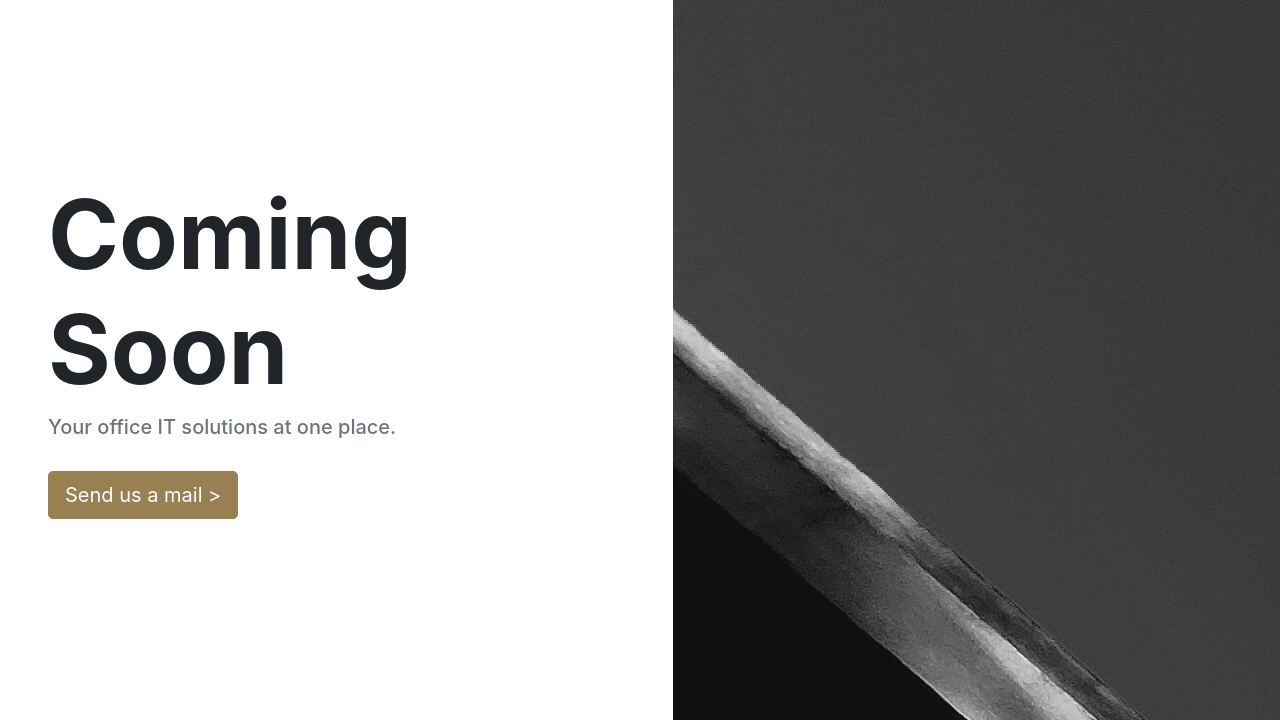
Repository: Thekxgh/website
Page: /
The author's editor kept a copy of each file at every save. The page is drawn from the files as they stood at one save, then again after the next save.
The browser window is 1280 px wide. The pictures show the whole page.
The project was rebuilt for these pictures with package versions that can differ from the ones it lists, and the page was loaded fresh each time.

Above is the page before, as saved 2021-07-14 09:49:49.

### src/index.scss
$primary: #998053;
$dark: #050507;
$light-primary-bg: #DDDEE7;
$light-primary: #DDDEE7;
$theme-colors: (
    "primary": $primary,
    "info": $light-primary,
    "danger": teal,
    "dark": $dark
);

@import '~bootstrap/scss/bootstrap.scss';

.side-img{
 background: url('./assets/img/background.jpg') no-repeat;
 min-height: 100vh;
}

### src/App.tsx
import React from 'react';
import { LandingPage } from './presentation/LandingPage';

function App() {
  return (
    <LandingPage />
  );
}

export default App;

### src/presentation/LandingPage.tsx
import { Col, Container, Row } from "react-bootstrap"

export const LandingPage = () => {
    return (
    <Container fluid>
        <Row className="min-vh-100 align-items-center">
            <Col className="p-5">
                <h1 className="display-1 font-weight-bold">Coming Soon</h1>
                <h5 className="text-muted">Your office IT solutions at one place.</h5>
                <a className="btn btn-primary btn-lg my-4" href="mailto:contact@thekxgh.com"> Send us a mail {'>'} </a>
            </Col>
            <Col className="side-img min-vh-100">

            </Col>
        </Row>
    </Container>
    );
}

Loaded but not shown: public/index.html (common file); src/index.tsx (common file)

After the next save:
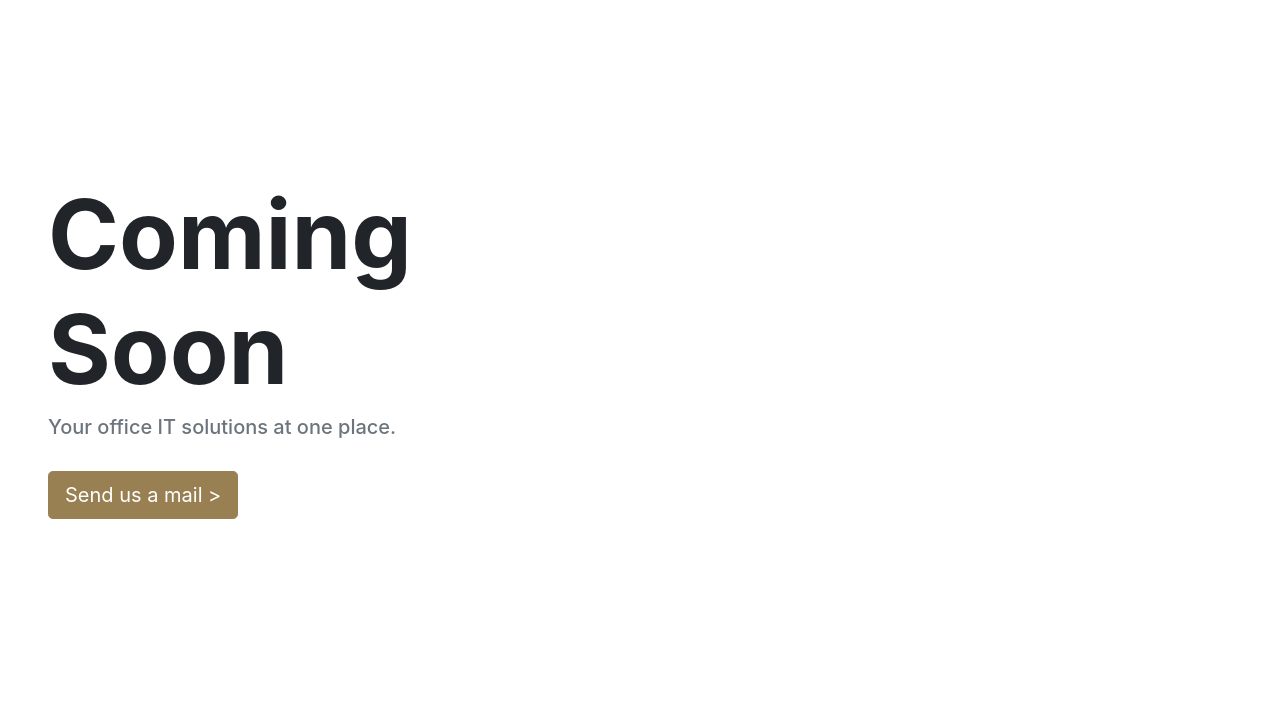
Saved 7 s later.
--- a/src/index.scss
+++ b/src/index.scss
@@ -12,6 +12,6 @@
 @import '~bootstrap/scss/bootstrap.scss';
 
 .side-img{
- background: url('./assets/img/background.jpg') no-repeat;
+ background: url('./assets/img/background.jpg') cover no-repeat;
  min-height: 100vh;
 }

After the 3 saves that followed:
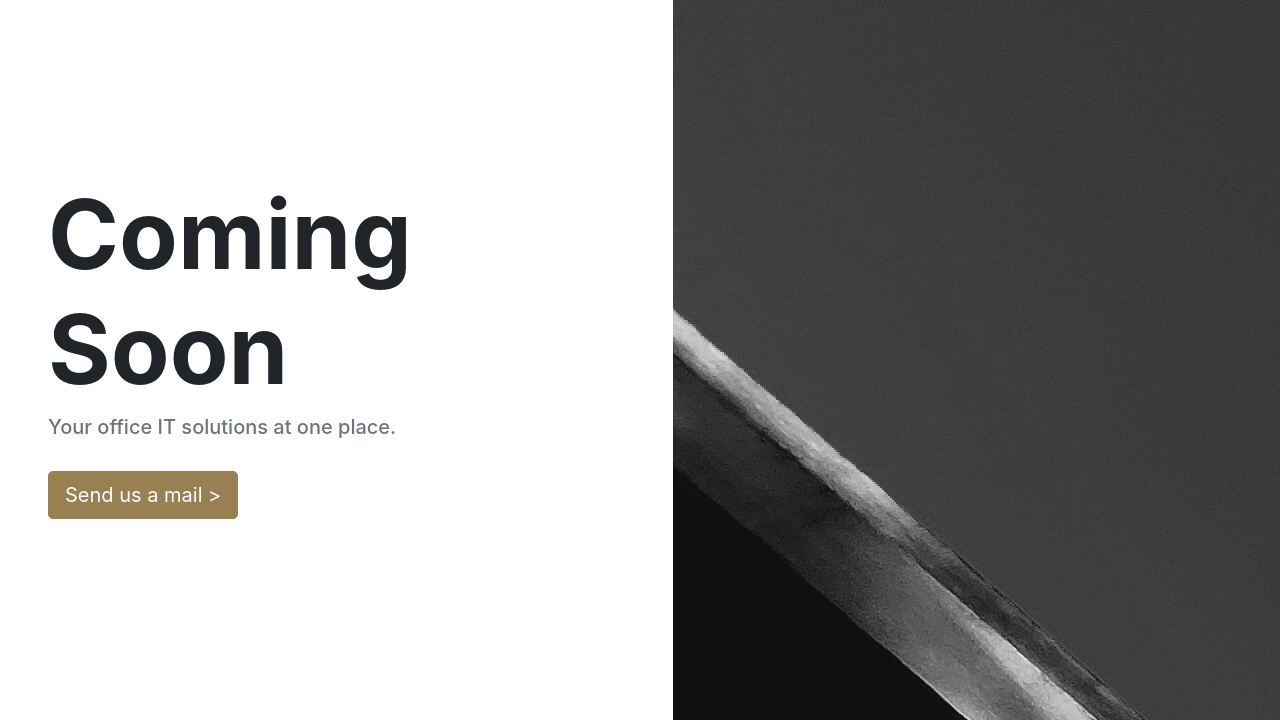
The 3 saves are shown as one change because 2 left the picture as it was.
The last was saved 31 s later.
--- a/src/index.scss
+++ b/src/index.scss
@@ -12,6 +12,6 @@
 @import '~bootstrap/scss/bootstrap.scss';
 
 .side-img{
- background: url('./assets/img/background.jpg') cover no-repeat;
+ background: url('./assets/img/background.jpg') no-repeat;
  min-height: 100vh;
 }
